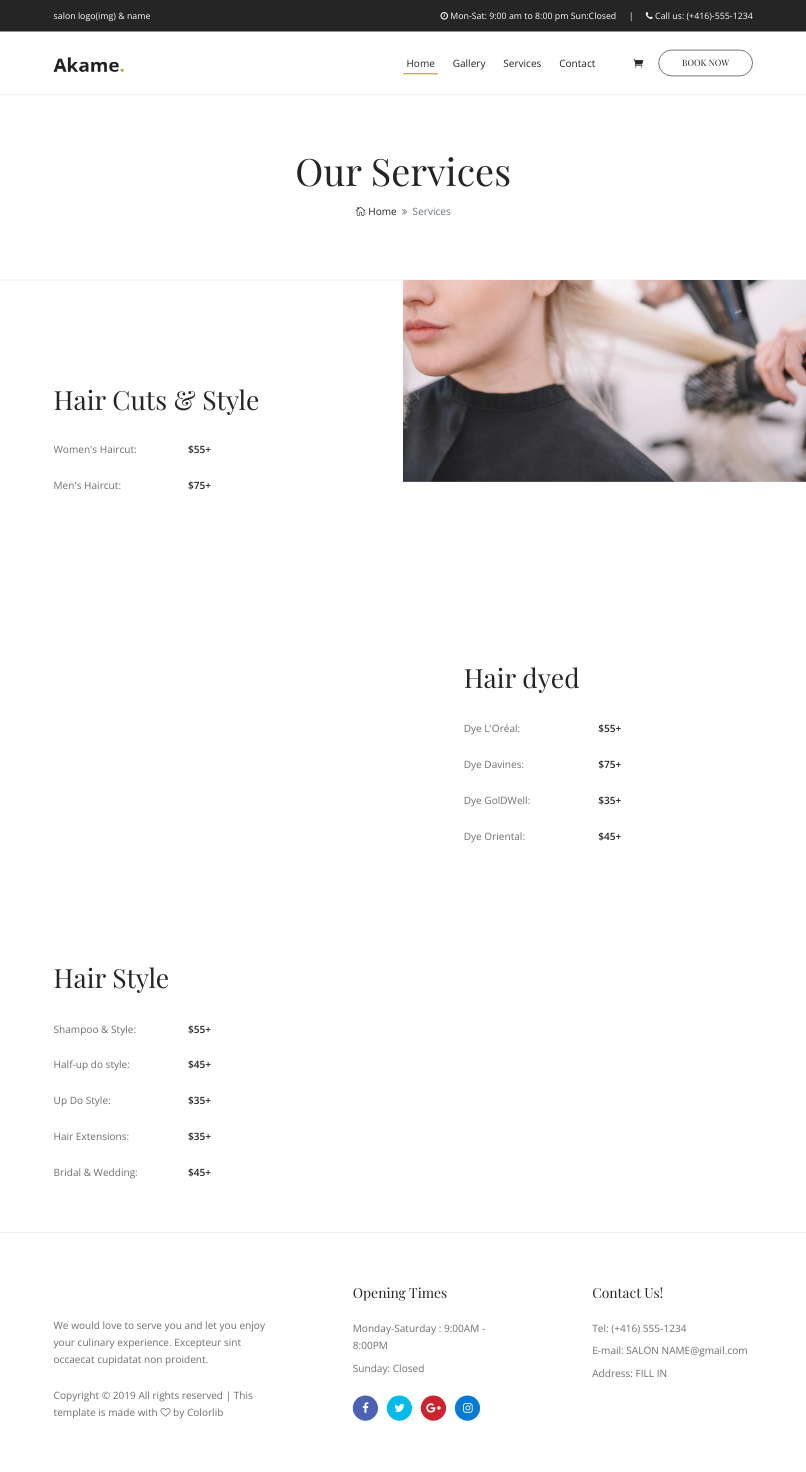
Repository: hanihassan1/Bay-wash-studio
Page: http://localhost/service
The author's editor kept a record of every edit. The page is drawn from the files as they stood at one moment, then again after the next edit.
The browser window is 1280 px wide. The pictures show the whole page, at 63% of full size.
The page is served by the project's application, run on Flask 3 (run.py).

Above is the page before.
Console error: TypeError: Cannot read properties of null (reading 'jQuery22409362962306477132')

After the next edit:
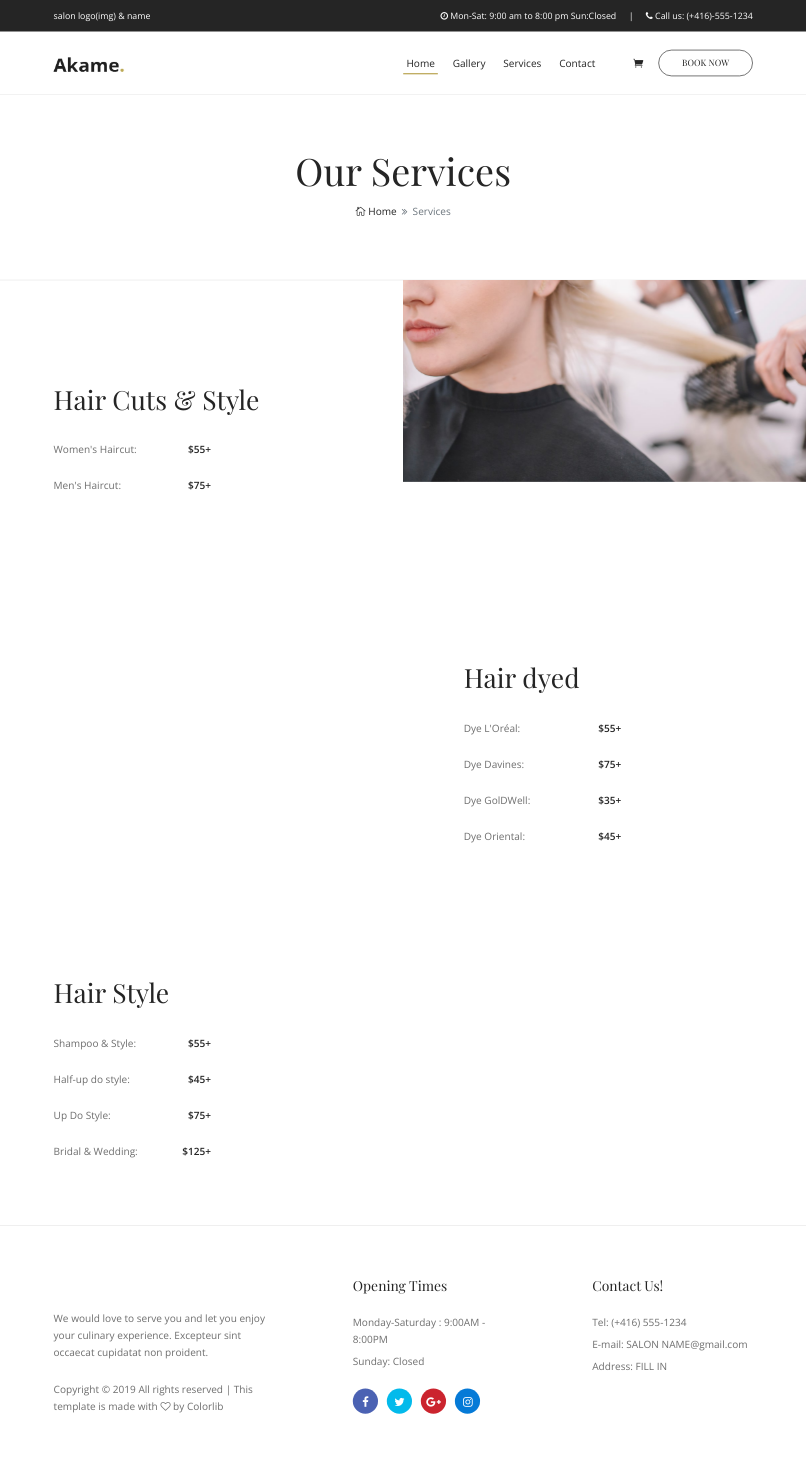
The edit:
--- a/templates/service.html
+++ b/templates/service.html
@@ -84,9 +84,8 @@
                 <h2>Hair Style</h2>
                 <p><span>Shampoo &amp; Style:</span> <span>$55+</span></p>
                 <p><span>Half-up do style:</span> <span>$45+</span></p>
-                <p><span>Up Do Style:</span> <span>$35+</span></p>
-                <p><span>Hair Extensions:</span> <span>$35+</span></p>
-                <p><span>Bridal &amp; Wedding:</span> <span>$45+</span></p>
+                <p><span>Up Do Style:</span> <span>$75+</span></p>
+                <p><span>Bridal &amp; Wedding:</span> <span>$125+</span></p>
             </div>
         </div>
         <!-- Service Thumbnail -->
